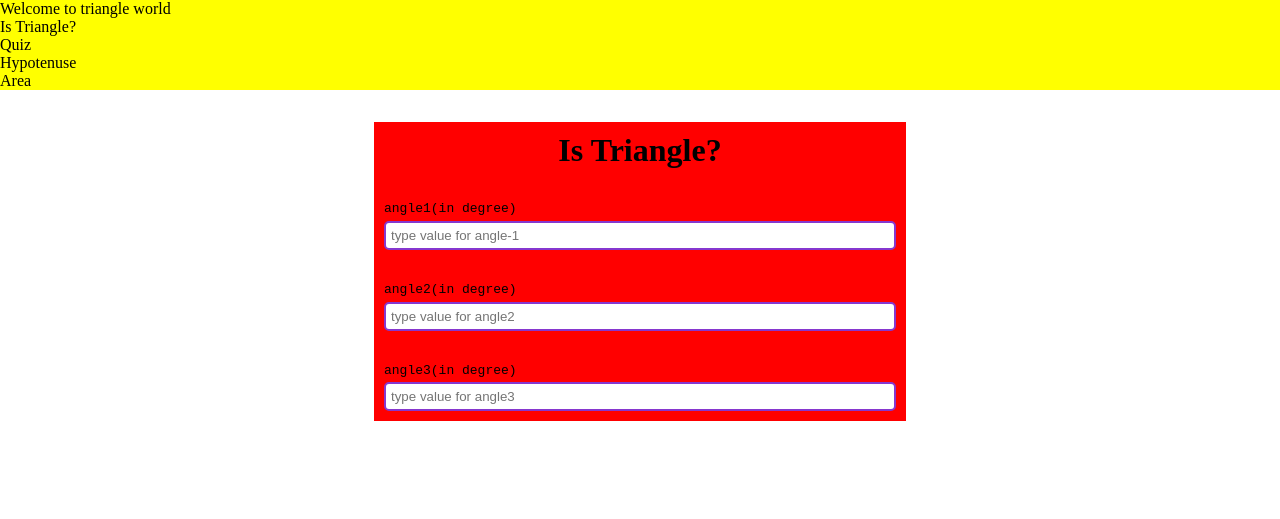
Repository: patelamancode/Fun-with-trianles
Page: index.html
These files come from the project's save history. The page is drawn as it stood at one moment and after the next save; the edit follows.
The browser window is 1280 px wide. The pictures show the whole page.

Above is the page before, as saved 2022-11-28 15:40:46.

### index.html
<!DOCTYPE html>
<html lang="en">
<head>
    <meta charset="UTF-8">
    <meta http-equiv="X-UA-Compatible" content="IE=edge">
    <meta name="viewport" content="width=device-width, initial-scale=1.0">
    <link rel="stylesheet" href="index.css">
    <title>Fun-With-Triangles</title>
</head>
<body>
    <nav id="navbar">
        <p>Welcome to triangle world</p>
        <div>
            <p id="Is-triangle">Is Triangle?</p>
            <p id="quiz">Quiz</p>
            <p id="hypo">Hypotenuse</p>
            <p id="area">Area</p>
        </div>
    </nav>
    <div id="main-container">
        <h1>Is Triangle?</h1>
        <label for="angle1">angle1(in degree)</label>
        <input type="text" id="angle1-input" placeholder="type value for angle-1">
        <label for="angle2">angle2(in degree)</label>
        <input type="text" id="angle2-input" placeholder="type value for angle2">
        <label for="angle3">angle3(in degree)</label>
        <input type="text" id="angle3-input" placeholder="type value for angle3">
    </div>
</body>
</html>

### index.css
* {
  margin: 0;
  padding: 0;
}

#navbar {
  background-color: yellow;
}

#main-container {
  background-color: red;
  display: flex;
  flex-direction: column;
  width: 40vw;
  margin: auto;
  margin-top: 2rem;
  padding: 10px;
  text-align: center;
}

.app-title {
  margin: 2rem 0 0 0;
}
label {
  margin-top: 2rem;
  margin-bottom: 0.3rem;
  text-align: left;
  font-family: monospace;
}
input {
  border: 2px solid rgb(134, 55, 207);
  border-radius: 5px;
  padding: 5px;
}
#check-btn {
  margin: auto;
  text-align: center;
  margin-top: 2rem;
  width: 40%;
  padding: 5px 0px;
  background-color: rgba(143, 82, 201, 0.521);
  border: 1px solid;
  border-radius: 5px;
}

After the next save:
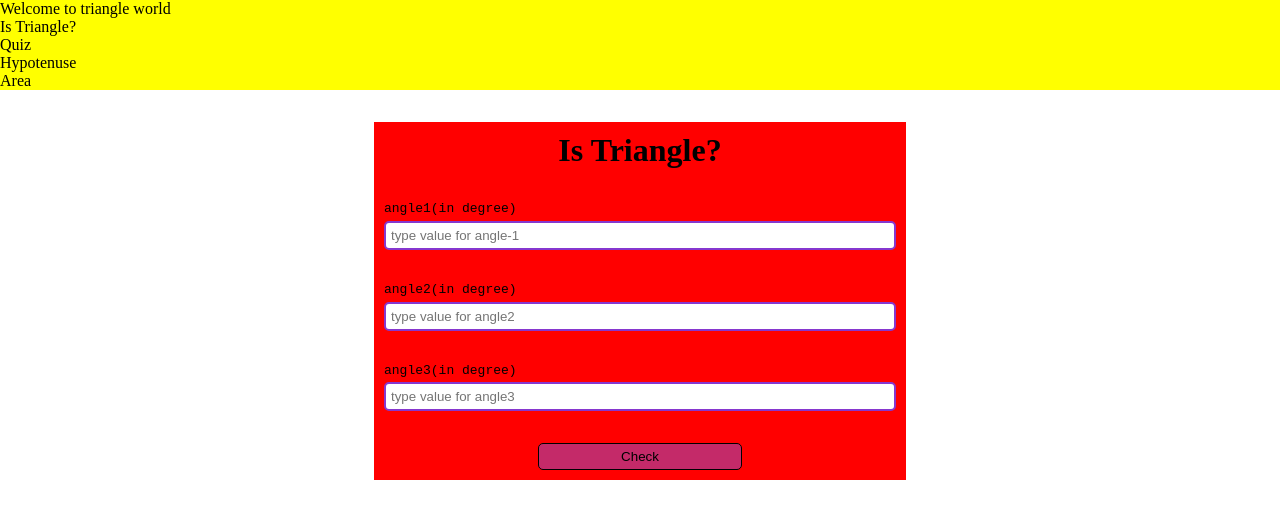
Saved 49 s later.
--- a/index.html
+++ b/index.html
@@ -25,6 +25,7 @@
         <input type="text" id="angle2-input" placeholder="type value for angle2">
         <label for="angle3">angle3(in degree)</label>
         <input type="text" id="angle3-input" placeholder="type value for angle3">
+        <button id="check-btn">Check</button>
     </div>
 </body>
 </html>
